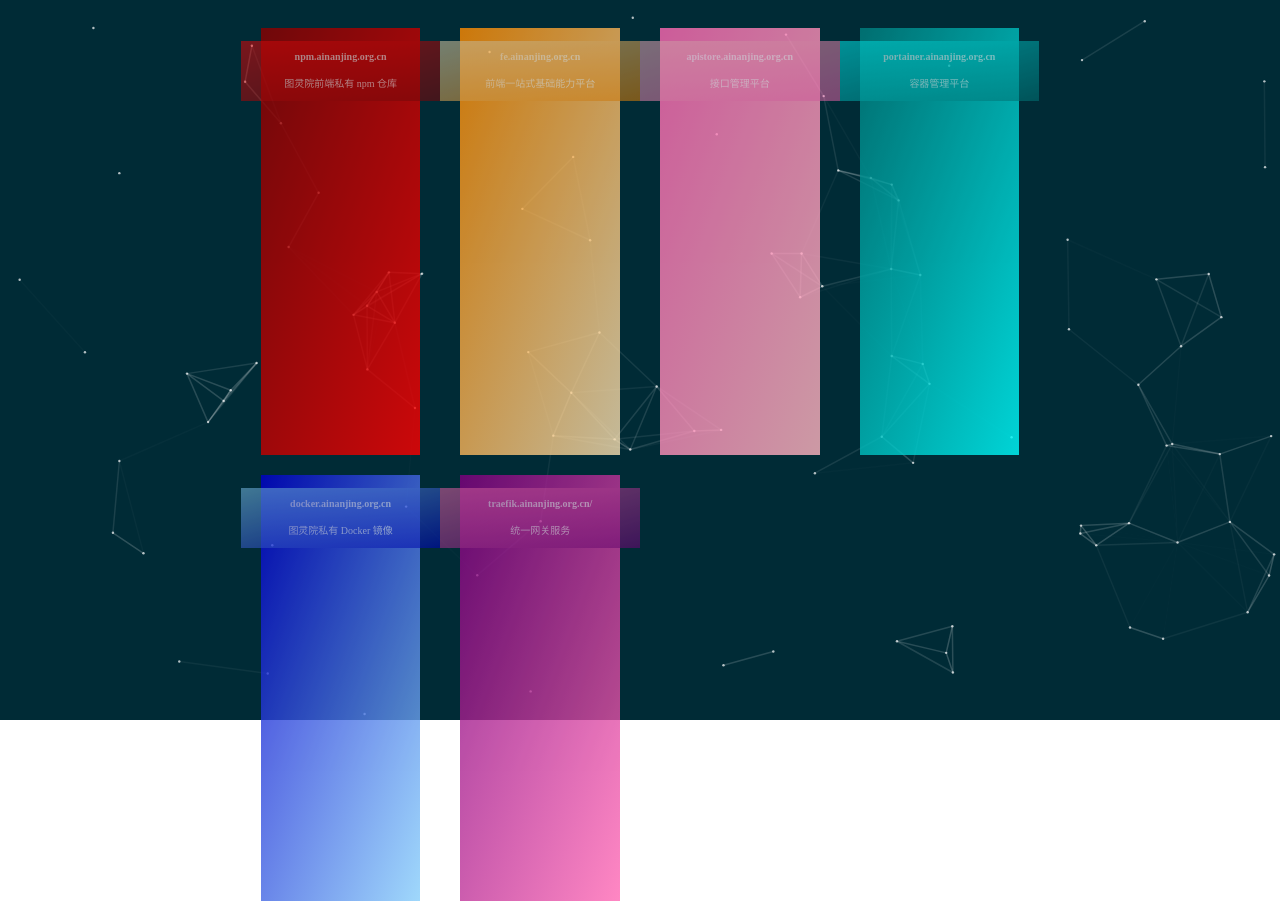
Repository: heweiwei1/portainer
Page: index.html
The author's editor kept a copy of each file at every save. The page is drawn from the files as they stood at one save, then again after the next save.
The browser window is 1280 px wide. The pictures show the whole page.

Above is the page before, as saved 2021-04-14 14:01:38.

After the next save:
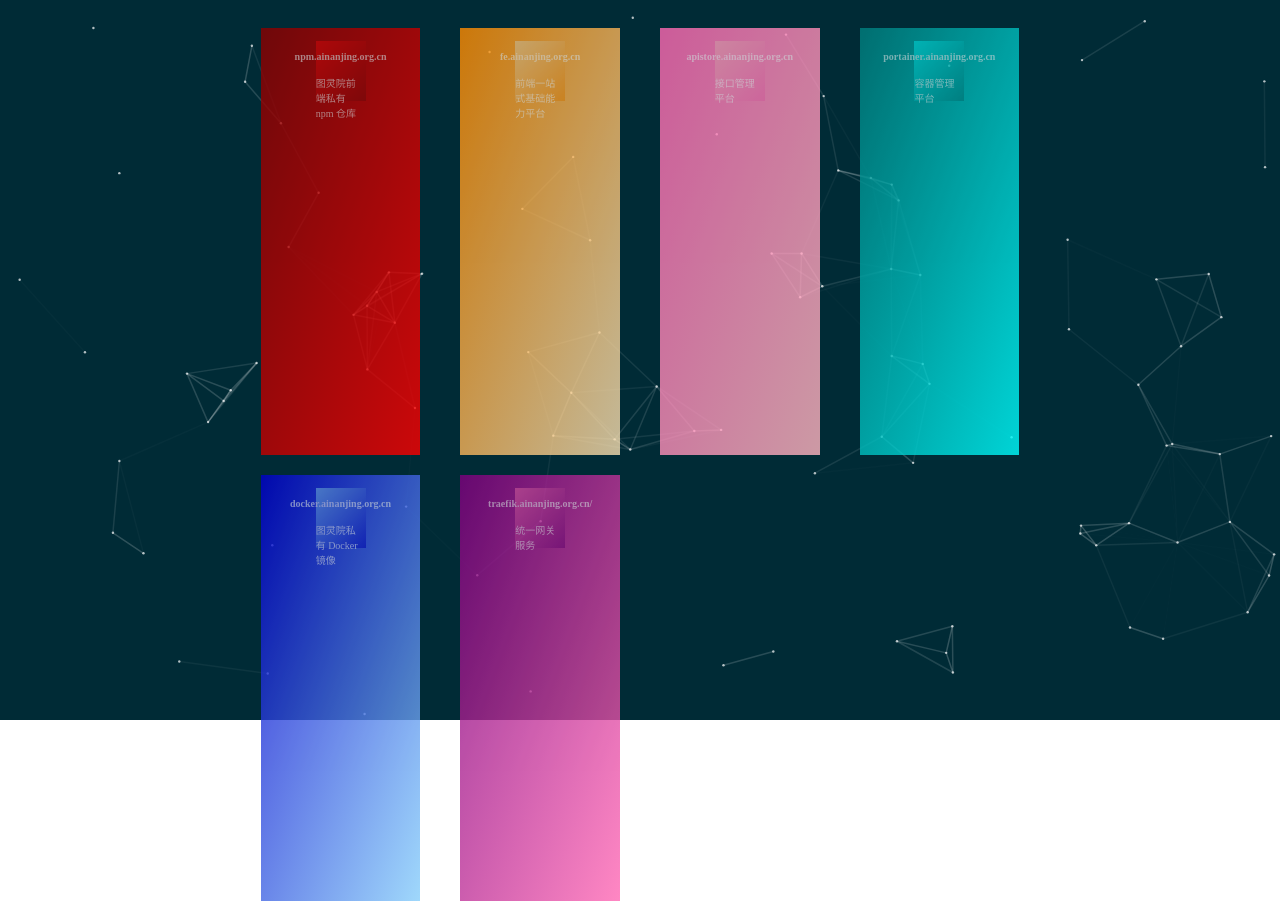
Saved 83 s later.
--- a/index.css
+++ b/index.css
@@ -26,7 +26,7 @@ a {
 .trans {
   position:absolute;
   top: 13.2px;
-  width: 100%;
+  width: calc((100% - 120px) / 4);
   padding: 30px 20px;
   display: flex;
   justify-content: center;
